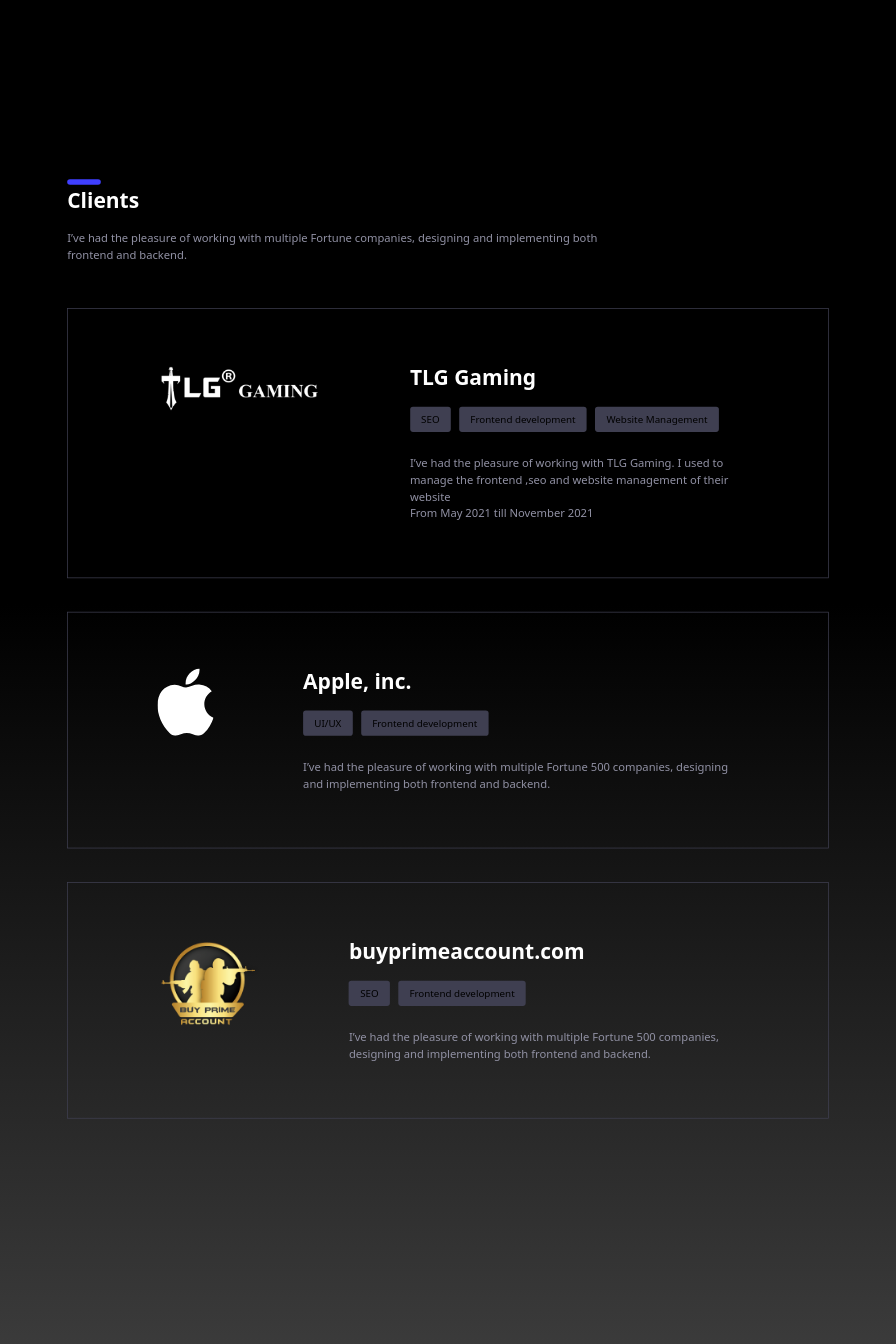
Repository: Alex0715/portfolio
Page: /components/client
The author's editor kept a copy of each file at every save. The page is drawn from the files as they stood at one save, then again after the next save.
The browser window is 1280 px wide. The pictures show the part of the page from y = 0 to 1920 px (the page is 5756 px tall), at 70% of full size.
The project was rebuilt for these pictures with package versions that can differ from the ones it lists, and the page was loaded fresh each time. The framework's server and built-in components were replaced by stand-ins that run in the browser. Also part of the build but not shown: next.config.js.

Above is the page before, as saved 2022-02-04 02:17:46.

After the next save:
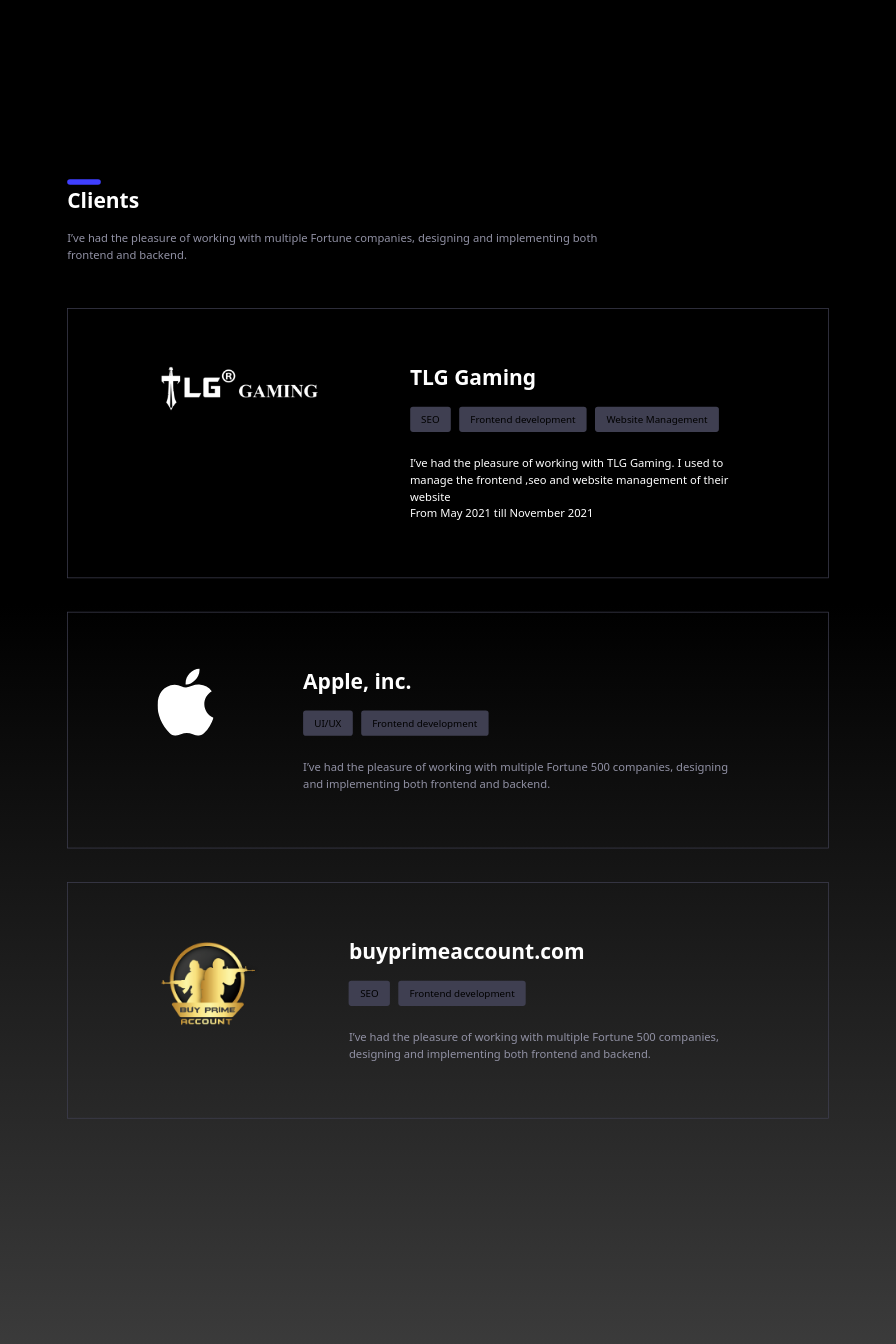
Saved 48 s later.
--- a/pages/components/client.js
+++ b/pages/components/client.js
@@ -2,7 +2,7 @@
   return <div className="container mt-64 flex justify-between items-center mx-auto px-8 md:px-14 lg:px-24 w-full">
   <section className="w-full">
       <h2 id="clients" className="secondary-title text-white">Clients</h2>
-      <p className="section-paragraph text-white">I’ve had the pleasure of working with multiple Fortune companies, designing and implementing both frontend and backend.</p>
+      <p className="section-paragraph ">I’ve had the pleasure of working with multiple Fortune companies, designing and implementing both frontend and backend.</p>
 
 
       <div className="space-y-12 my-16">
@@ -24,8 +24,8 @@
                       <div className="badge">Website Management</div>
                   </div>
 
-                  <p className="text-secondary">I’ve had the pleasure of working with TLG Gaming. I used to manage the frontend ,seo and website management of their website</p>
-                  <p className="text-secondary">From May 2021 till November 2021</p>
+                  <p className="text-white">I’ve had the pleasure of working with TLG Gaming. I used to manage the frontend ,seo and website management of their website</p>
+                  <p className="text-white">From May 2021 till November 2021</p>
               </div>
 
           </div>
